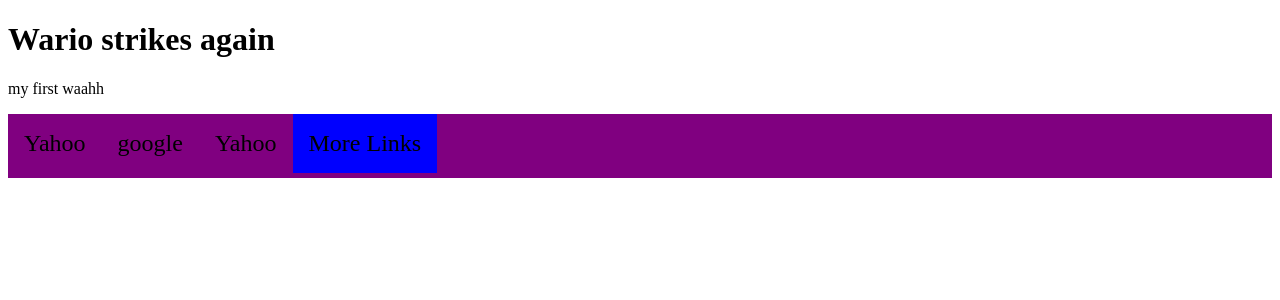
Repository: Dankusmemius/Dankusmemius.github.io
Page: index.html
The author's editor kept a record of every edit. The page is drawn from the files as they stood at one moment, then again after the next edit.
The browser window is 1280 px wide. The pictures show the whole page.

Above is the page before.

### index.html
<!DOCTYPE html>
<html>
<head>
<style>
    .navbar {
        background-color: purple;
        width: 100%;
        height: 64px;
    }
    .navbar a, .morelinks {
        Color: black;
        font-size: 24px;
        text-decoration: none;
        padding: 16px;
        float: left;
    }
    .navbar a:hover, .morelinks:hover{
        background-color:yellow;
    }
    .dropdown:hover .dropdown-content{
        display:block;
    }
    .dropdown-content{
       position: absolute;
       z-index: 1;
       display:none;
    }

     .dropdown{
         background-color: blue;
         color: white;
         float: left;
         text-decoration: none;
         font-size: 24px;
     }

     .dropdown-content a{
         float: none;
         display:black;
     }

    </style>
<title>Yes</title>
</head>
<body>
<h1>Wario strikes again</h1>
<p>my first waahh</p>
    <div class="navbar">
      <a href="https://www.yahoo.com/">Yahoo</a>
      <a href="https://www.google.com/">google</a>
      <a href="https://www.yahoo.com/">Yahoo</a>
      <div class="dropdown">
        <div class="morelinks">More Links</div>
        <div class="dropdown-content">
          <a href="https://www.awseducate.com">AWS Educate</a>
          <a href="https://www.collegeboard.org">College Board</a>
        </div>
      </div>
</div>



</body>
</html>

After the next edit:
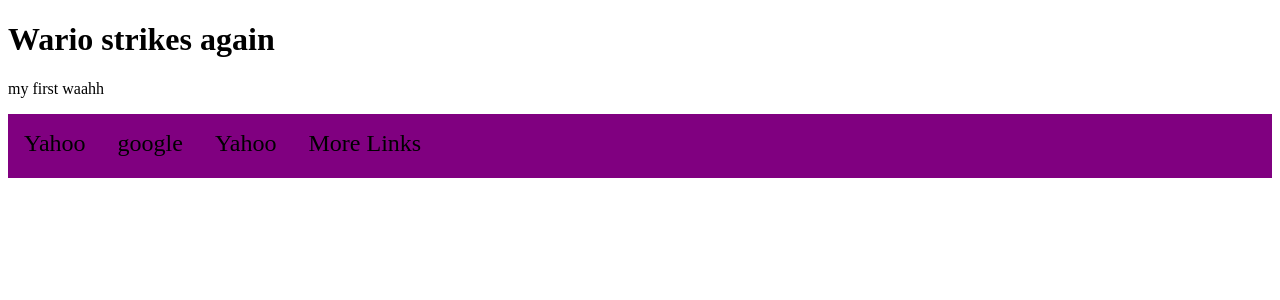
The edit:
--- a/index.html
+++ b/index.html
@@ -29,7 +29,6 @@
      .dropdown{
          background-color: blue;
          color: white;
-         float: left;
          text-decoration: none;
          font-size: 24px;
      }

After the 2 edits that followed:
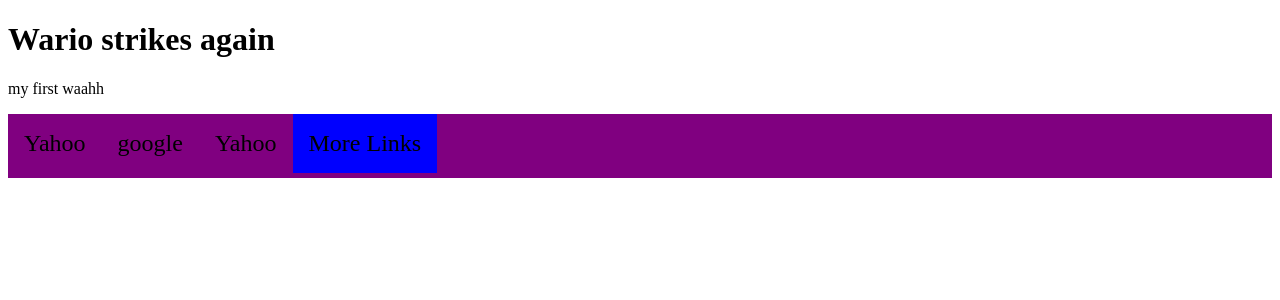
The 2 edits are shown as one change because 1 left the picture as it was.
The edit:
--- a/index.html
+++ b/index.html
@@ -31,11 +31,12 @@
          color: white;
          text-decoration: none;
          font-size: 24px;
+         float: left;
      }
 
      .dropdown-content a{
          float: none;
-         display:black;
+         display:block;
      }
 
     </style>
